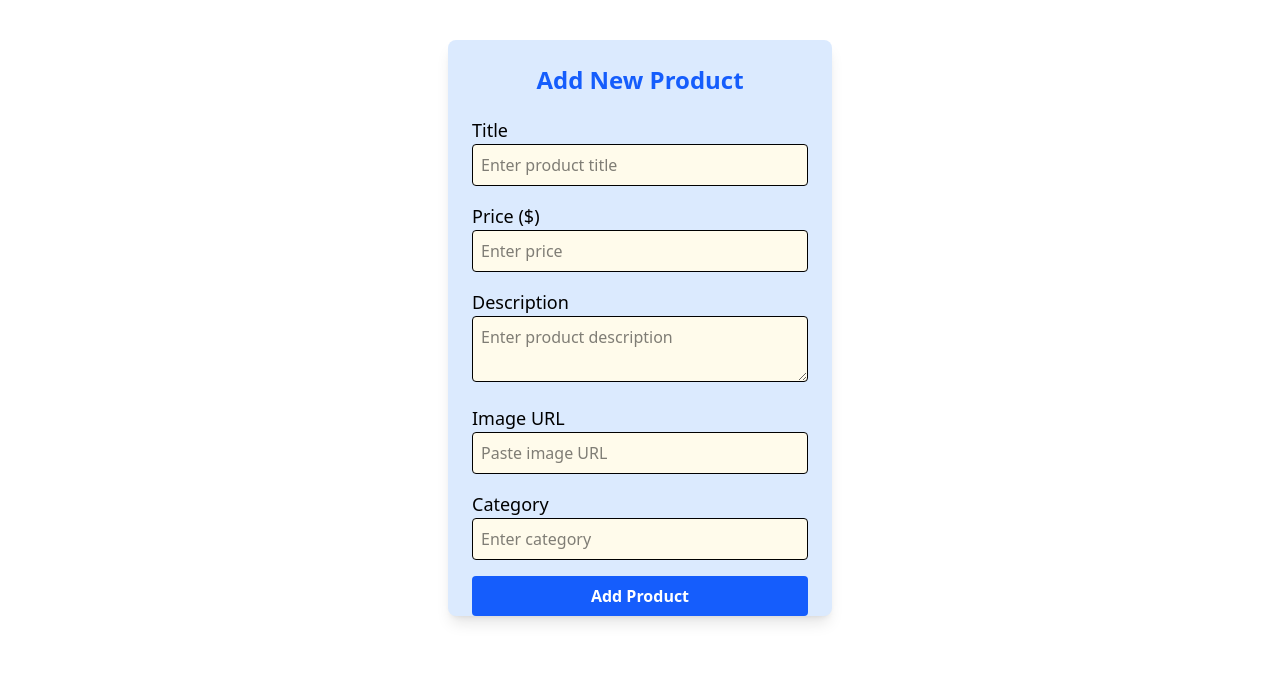
Repository: Habeebur1493/React-App
Page: /add-products
An editor plug-in stored every save of this project. The page is shown before and after the next save, followed by the edit.
The browser window is 1280 px wide. The pictures show the whole page.
The page's requests for data from a server got no answer. The project was rebuilt for these pictures with package versions that can differ from the ones it lists, and the page was loaded fresh each time. No one was signed in, and anything a server would have sent is missing. Also part of the build but not shown: vite.config.js, src/Components/Login.jsx, src/Components/Nav.jsx, src/Components/Loading.jsx, src/Components/Home.jsx, src/Components/Details.jsx, src/Components/About.jsx, src/Components/Services.jsx and 2 more.

Above is the page before, as saved 2025-02-01 15:21:32.

After the next save:
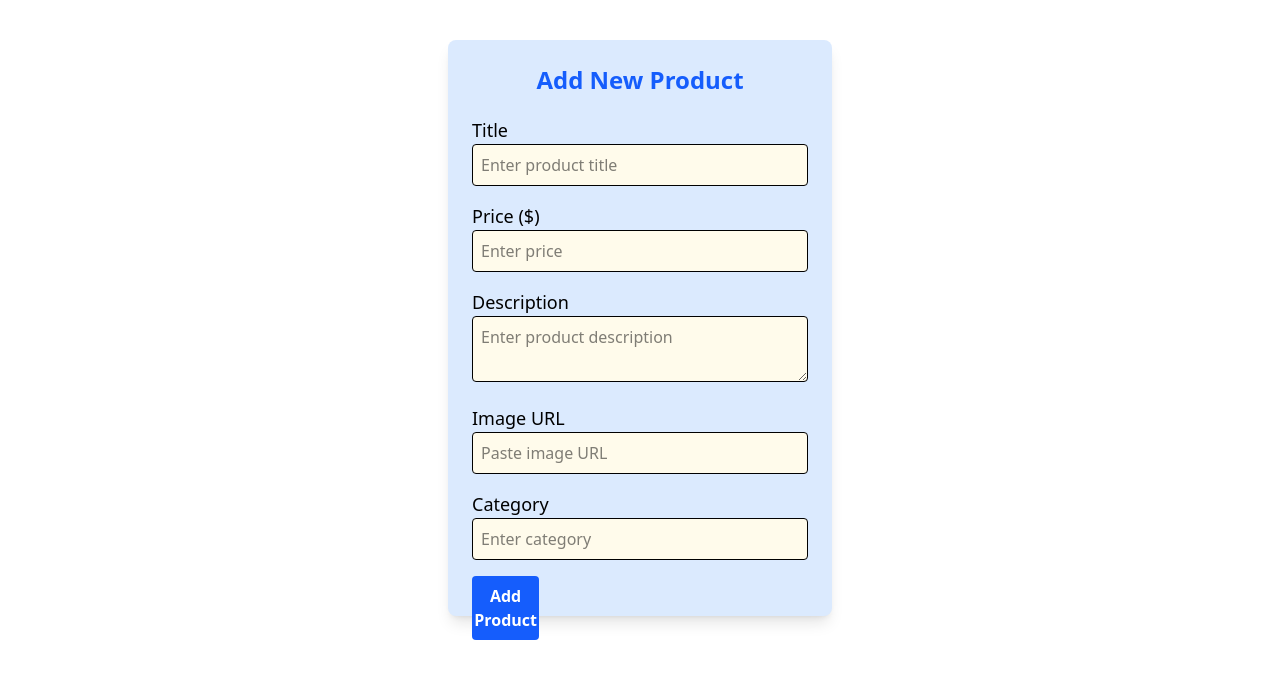
Saved 23 s later.
--- a/src/Components/Addproducts.jsx
+++ b/src/Components/Addproducts.jsx
@@ -124,7 +124,7 @@ const AddProduct = ({ selectedProduct, setSelectedProduct }) => {
 
         <button
           type='submit'
-          className='w-full bg-blue-600 hover:bg-blue-700 text-white font-bold py-2 rounded transition'
+          className='w-[20%] bg-blue-600 hover:bg-blue-700 text-white font-bold py-2 rounded transition'
         >
           {selectedProduct ? "Update Product" : "Add Product"}
         </button>
